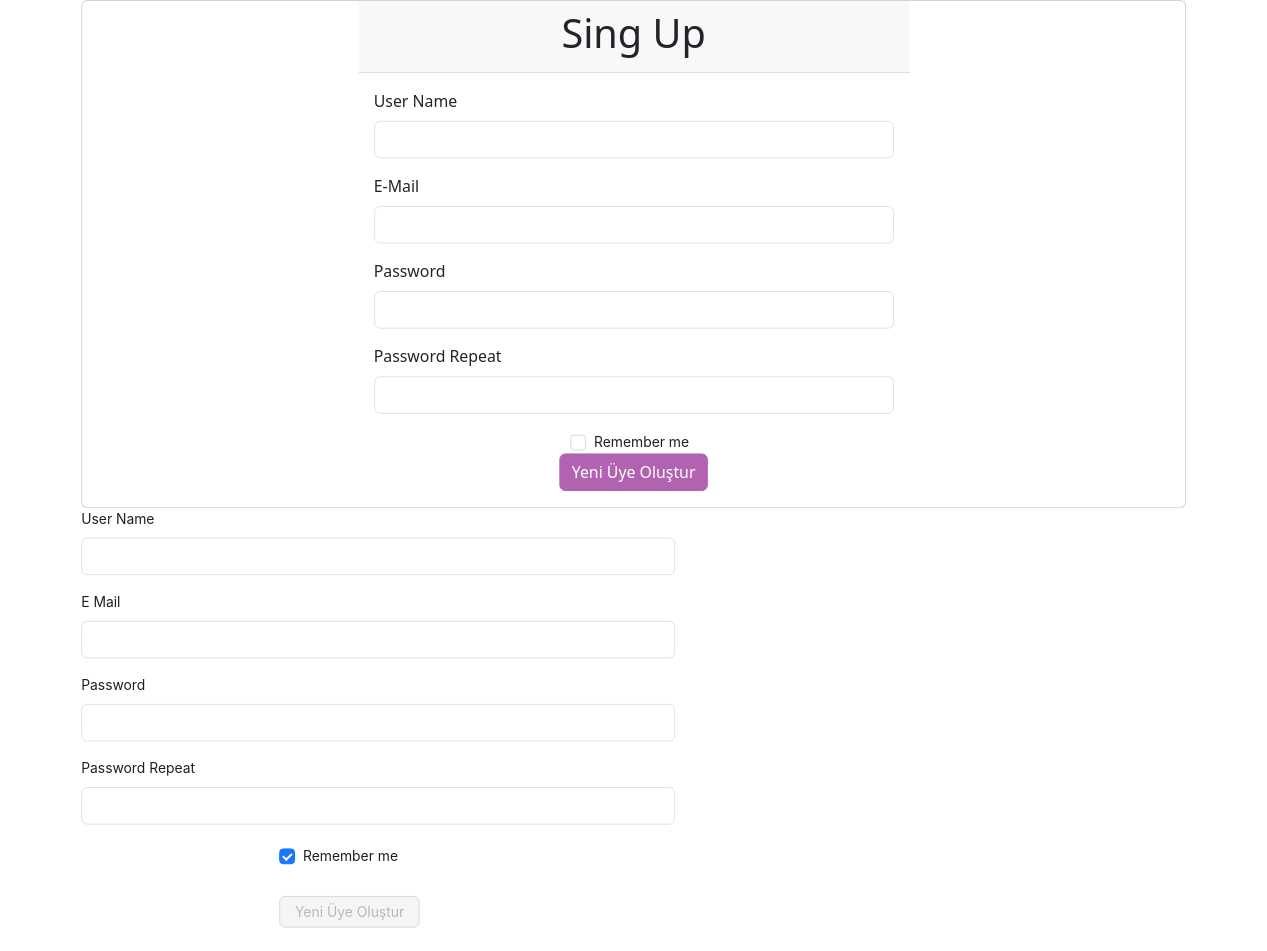
Repository: gursoyfahrettin20/startupProjectWeb
Page: /
The author's editor kept a copy of each file at every save. The page is drawn from the files as they stood at one save, then again after the next save.
The browser window is 1280 px wide. The pictures show the whole page, at 99% of full size.
The project was rebuilt for these pictures with package versions that can differ from the ones it lists, and the page was loaded fresh each time. Also part of the build but not shown: vite.config.js.

Above is the page before, as saved 2024-01-17 00:46:03.

### index.html
<!doctype html>
<html lang="en">
  <head>
    <meta charset="UTF-8" />
    <link rel="icon" type="image/svg+xml" href="/vite.svg" />
    <meta name="viewport" content="width=device-width, initial-scale=1.0" />
    <title>Başlangıç Projesi</title>
  </head>
  <body>
    <div id="root"></div>
    <script type="module" src="/src/index.jsx"></script>
  </body>
</html>

### src/index.jsx
import * as React from 'react';
import { StrictMode } from 'react';
import { createRoot } from 'react-dom/client';
import SignUp from "./pages/SignUp"
import './index.scss'

const rootElement = document.getElementById('root');
const root = createRoot(rootElement);

root.render(
  <StrictMode>
    <SignUp/>
  </StrictMode>,
)

### src/pages/SignUp/index.jsx
import React, { useState, useEffect } from 'react';
import _ from 'lodash';
import { Button, Checkbox, Form, Spin, notification } from 'antd';
import { LoadingOutlined } from '@ant-design/icons';
import { singUp } from "../../api/apiCalls.js";
import { FormItem } from "../../components/formItem/formItem.jsx";

function index() {
    const [form] = Form.useForm();
    const [username, setUsername] = useState();
    const [email, setEmail] = useState();
    const [password, setPassword] = useState();
    const [passwordRepeat, setPasswordRepeat] = useState();
    const [succesMessage, setSuccesMessage] = useState();
    const [submittable, setSubmittable] = useState(false);
    const [apiProgress, setApiProgress] = useState(false);
    const [errors, setErrors] = useState({});
    const [generalErrors, setGeneralErrors] = useState({});
    const [api, contextHolder] = notification.useNotification();

    useEffect(() => {
        setErrors({})
    }, [username])

    const onSubmit = async (event) => {
        event.preventDefault();
        setSuccesMessage();
        setGeneralErrors();
        setApiProgress(true);
        const data = {
            username: username,
            email: email,
            password: password
        };
        try {
            const response = await singUp(data);
            setSuccesMessage(response.data?.message)
            setUsername();
            setPassword();
            setPasswordRepeat();
            setEmail();
        } catch (responseError) {
            if (responseError.response?.data && responseError.response?.data.status === 400) {
                setErrors(responseError.response?.data.validationErrors)
            }
            else {
                setGeneralErrors("Tahmin Edilemeyen Hatalarda gösterilecektir. / Unexpected error occured. Pleace try again.");
            }
        } finally {
            setApiProgress(false);
        }
    }

    const values = Form.useWatch([], form);
    // TODO: Sign Up butonu disabled durumlarına bakıyor.
    useEffect(() => {
        let _submittable = false;
        if (_.isUndefined(password) || _.isNull(password) || _.isEmpty(password)) {
            _submittable = false;
        } else if (password === passwordRepeat) {
            _submittable = true;
        }
        setSubmittable(_submittable);
    }, [values]);


    return (
        <div className='container'>
            <form className='card' onSubmit={onSubmit}>
                <div className='col-lg-6 offset-lg-3 col-sm-8 offset-sm-2'>
                    <div className='text-center card-header'>
                        <h1>Sing Up</h1>
                    </div>
                    <div className='card-body'>
                        <FormItem
                            name="username"
                            label="User Name"
                            errors={errors}
                            onChange={(e) => setUsername(e.target.value)}
                        />
                        <FormItem
                            name="email"
                            label="E-Mail"
                            errors={errors}
                            onChange={(e) => setEmail(e.target.value)}
                        />
                        <FormItem
                            name="password"
                            label="Password"
                            errors={errors}
                            type="password"
                            onChange={(e) => setPassword(e.target.value)}
                        />
                        <FormItem
                            name="passwordRepeat"
                            label="Password Repeat"
                            errors={errors}
                            type="password"
                            onChange={(e) => setPasswordRepeat(e.target.value)}
                        />
                        <div className='text-center'>
                            <Checkbox>Remember me</Checkbox>
                        </div>
                        <div className='text-center'>
                            <button className='btn btn-primary' disabled={apiProgress ? apiProgress : !submittable}>
                                <Spin style={{ display: apiProgress ? "inline" : "none" }}
                                    indicator={<LoadingOutlined style={{ fontSize: 24, marginRight: 15 }} spin />} />
                                {apiProgress ? "Yeni Üye Oluşturuluyor..." : "Yeni Üye Oluştur"}
                            </button>
                        </div>
                    </div>
                </div>
            </form >

            <Form
                name="signUp"
                form={form}
                labelCol={{ span: 8, }}
                wrapperCol={{ span: 16 }}
                style={{ maxWidth: 600, }}
                initialValues={{ remember: true, }}
                onFinish={onSubmit}
                autoComplete="off">
                <FormItem
                    id="username"
                    name="username"
                    label="User Name"
                    autoComplete='false'
                    isPassword={false}
                    db_message={!_.isEmpty(errors) ? errors.username : ""}
                    message={'Please input your username!'}
                    onChange={(e) => setUsername(e.target.value)}
                />
                <FormItem
                    id="email"
                    name="email"
                    label="E Mail"
                    autoComplete='false'
                    isPassword={false}
                    db_message={!_.isEmpty(errors) ? errors.email : ""}
                    message={'Please input your email!'}
                    onChange={(e) => setEmail(e.target.value)}
                />
                <FormItem
                    id="password"
                    name="password"
                    label="Password"
                    isPassword={true}
                    autoComplete='false'
                    db_message={!_.isEmpty(errors) ? errors.password : ""}
                    message={'Please input your username!'}
                    onChange={(e) => setPassword(e.target.value)}
                />
                <FormItem
                    id="passwordRepeat"
                    name="passwordRepeat"
                    label="Password Repeat"
                    isPassword={true}
                    autoComplete='false'
                    message='Please input your password Repeat!'
                    onChange={(e) => setPasswordRepeat(e.target.value)}
                />
                <Form.Item
                    name="remember"
                    valuePropName="checked"
                    wrapperCol={{ offset: 8, span: 16, }}
                >
                    <Checkbox>Remember me</Checkbox>
                </Form.Item>

                <Form.Item wrapperCol={{ offset: 8, span: 16, }}>
                    <Button type="primary" htmlType="submit" disabled={apiProgress ? apiProgress : !submittable}>
                        <Spin style={{ display: apiProgress ? "inline" : "none" }}
                            indicator={<LoadingOutlined style={{ fontSize: 24, marginRight: 15 }} spin />} />
                        {apiProgress ? "Yeni Üye Oluşturuluyor..." : "Yeni Üye Oluştur"}
                    </Button>
                </Form.Item>
                {/* todo: notification çıkartmak konulmuştur */}
                {contextHolder}
            </Form>
        </div >
    );
}
export default index;

### src/index.scss
$primary: #818;

@import "../node_modules/bootstrap/scss/bootstrap.scss";

### src/api/apiCalls.js
import axios from "axios";

export const changeLanguage = lang => {
    axios.defaults.headers['accept-language'] = lang;
}

export const getBaseUrl = () => {
     return import.meta.env.VITE_REACT_APP_REST_SERVICE_URL;
}

export const saveUser = body => {
    return axios.post(getBaseUrl() + '/users', body);
}

export const singUp = body => {
    return axios.post(getBaseUrl() + '/users', body);
}

export const login = data => {
    return axios.post(getBaseUrl() + '/auth', {}, {auth: data});
}

export const getUsers = (page, size) => {
    return axios.get(getBaseUrl() + `/users?currentPage=${page ? page : 0}&pageSize=${size ? size : 3}`);
}

export const setAuthorizationHeader = ({username, password, isLoggedIn}) => {
    if (isLoggedIn) {
        let authorizationHeaderValue = `Basic ${btoa(username + ':' + password)}`
        axios.defaults.headers['Authorization'] = authorizationHeaderValue;
    } else {
        delete axios.defaults.headers['Authorization'];
    }
}

export const getUser = (userName) => {
    return axios.get(getBaseUrl() + `/users/${userName}`);
}

export const updateUser = (userName, body) => {
    return axios.put(getBaseUrl() + `/users/${userName}`, body);
}

export const postHoax = hoax => {
    return axios.post(getBaseUrl() + "/hoaxes", hoax);
}

export const getHoaxes = (userName, page = 0) => {
    const path = userName ? `/users/${userName}/hoaxes?currentPage=` : "/hoaxes?currentPage="
    return axios.get(getBaseUrl() + path + page);
}

export const getOldHoaxes = (id, userName) => {
    const path = userName ? `/users/${userName}/hoaxes/${id}` : `/hoaxes/${id}`;
    return axios.get(getBaseUrl() + path);
}

### src/components/formItem/formItem.jsx
import React, { useState } from 'react';

export function FormItem({ name, label, autoComplete, onChange, errors, type }) {
    const [msg, setNsg] = useState()

    return (
        <div className='mb-3'>
            <label className='form-label' htmlFor={name}> {label} </label>
            <input id={name} autoComplete={autoComplete ? autoComplete : false} className={errors?.[name] ? 'form-control is-invalid' : 'form-control'} type={type ? type : "text"} onChange={onChange} />
            <div className='invalid-feedback'>errors?.[name]</div>
        </div>
    );
}

export default FormItem;

After the next save:
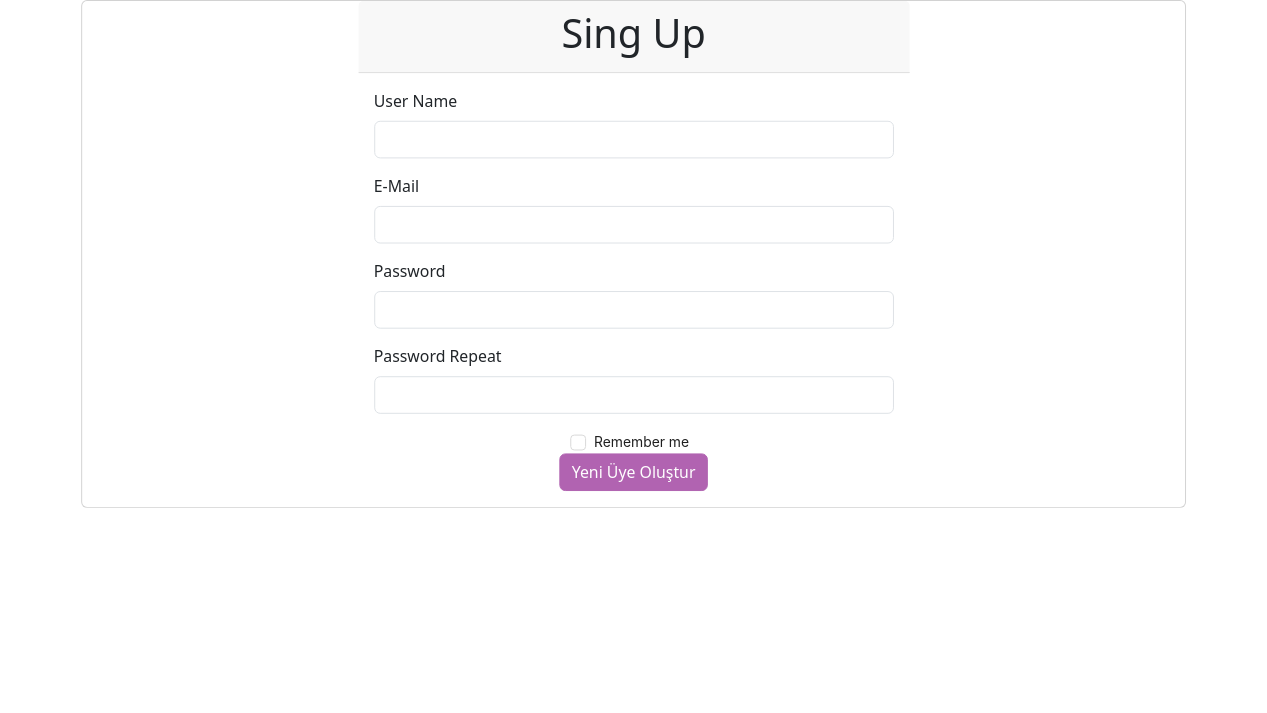
Saved 9 s later.
--- a/src/pages/SignUp/index.jsx
+++ b/src/pages/SignUp/index.jsx
@@ -111,73 +111,6 @@ function index() {
                     </div>
                 </div>
             </form >
-
-            <Form
-                name="signUp"
-                form={form}
-                labelCol={{ span: 8, }}
-                wrapperCol={{ span: 16 }}
-                style={{ maxWidth: 600, }}
-                initialValues={{ remember: true, }}
-                onFinish={onSubmit}
-                autoComplete="off">
-                <FormItem
-                    id="username"
-                    name="username"
-                    label="User Name"
-                    autoComplete='false'
-                    isPassword={false}
-                    db_message={!_.isEmpty(errors) ? errors.username : ""}
-                    message={'Please input your username!'}
-                    onChange={(e) => setUsername(e.target.value)}
-                />
-                <FormItem
-                    id="email"
-                    name="email"
-                    label="E Mail"
-                    autoComplete='false'
-                    isPassword={false}
-                    db_message={!_.isEmpty(errors) ? errors.email : ""}
-                    message={'Please input your email!'}
-                    onChange={(e) => setEmail(e.target.value)}
-                />
-                <FormItem
-                    id="password"
-                    name="password"
-                    label="Password"
-                    isPassword={true}
-                    autoComplete='false'
-                    db_message={!_.isEmpty(errors) ? errors.password : ""}
-                    message={'Please input your username!'}
-                    onChange={(e) => setPassword(e.target.value)}
-                />
-                <FormItem
-                    id="passwordRepeat"
-                    name="passwordRepeat"
-                    label="Password Repeat"
-                    isPassword={true}
-                    autoComplete='false'
-                    message='Please input your password Repeat!'
-                    onChange={(e) => setPasswordRepeat(e.target.value)}
-                />
-                <Form.Item
-                    name="remember"
-                    valuePropName="checked"
-                    wrapperCol={{ offset: 8, span: 16, }}
-                >
-                    <Checkbox>Remember me</Checkbox>
-                </Form.Item>
-
-                <Form.Item wrapperCol={{ offset: 8, span: 16, }}>
-                    <Button type="primary" htmlType="submit" disabled={apiProgress ? apiProgress : !submittable}>
-                        <Spin style={{ display: apiProgress ? "inline" : "none" }}
-                            indicator={<LoadingOutlined style={{ fontSize: 24, marginRight: 15 }} spin />} />
-                        {apiProgress ? "Yeni Üye Oluşturuluyor..." : "Yeni Üye Oluştur"}
-                    </Button>
-                </Form.Item>
-                {/* todo: notification çıkartmak konulmuştur */}
-                {contextHolder}
-            </Form>
         </div >
     );
 }
